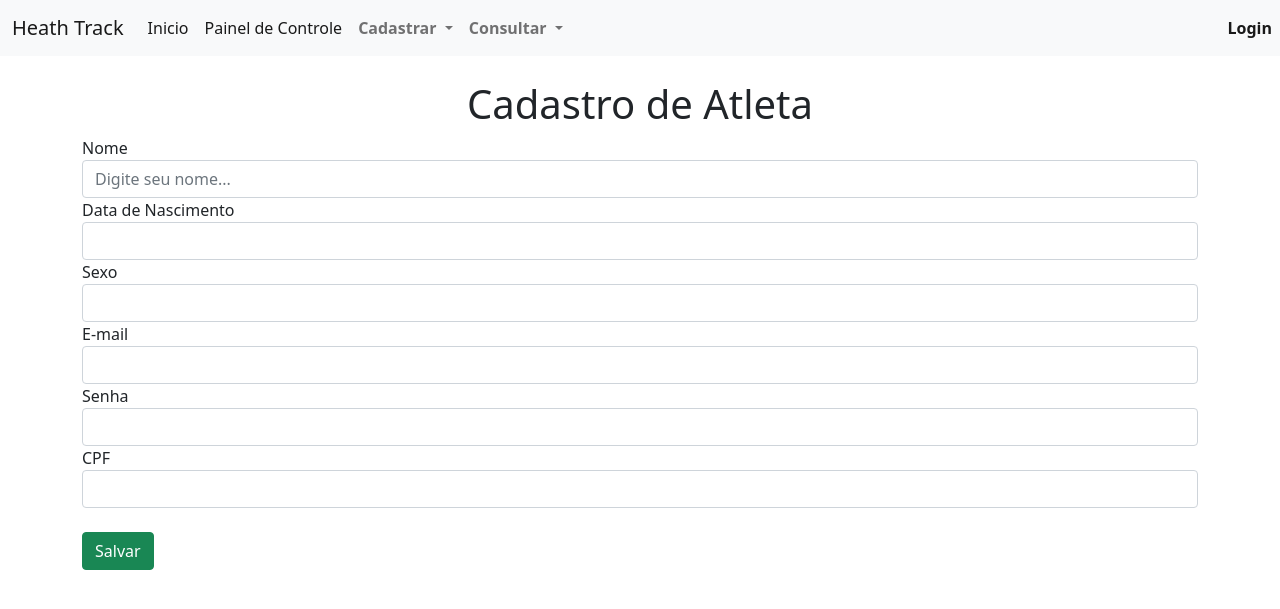
Repository: FellipySantos/HealthTrack_Finalizado
Page: http://localhost/JSPs/cadastro-atleta.jsp
An editor plug-in stored every save of this project. The page is shown before and after the next save, followed by the edit.
The browser window is 1280 px wide. The pictures show the whole page.
The page is served by Tomcat 9.

Above is the page before, as saved 2021-11-22 23:19:09.

After the next save:
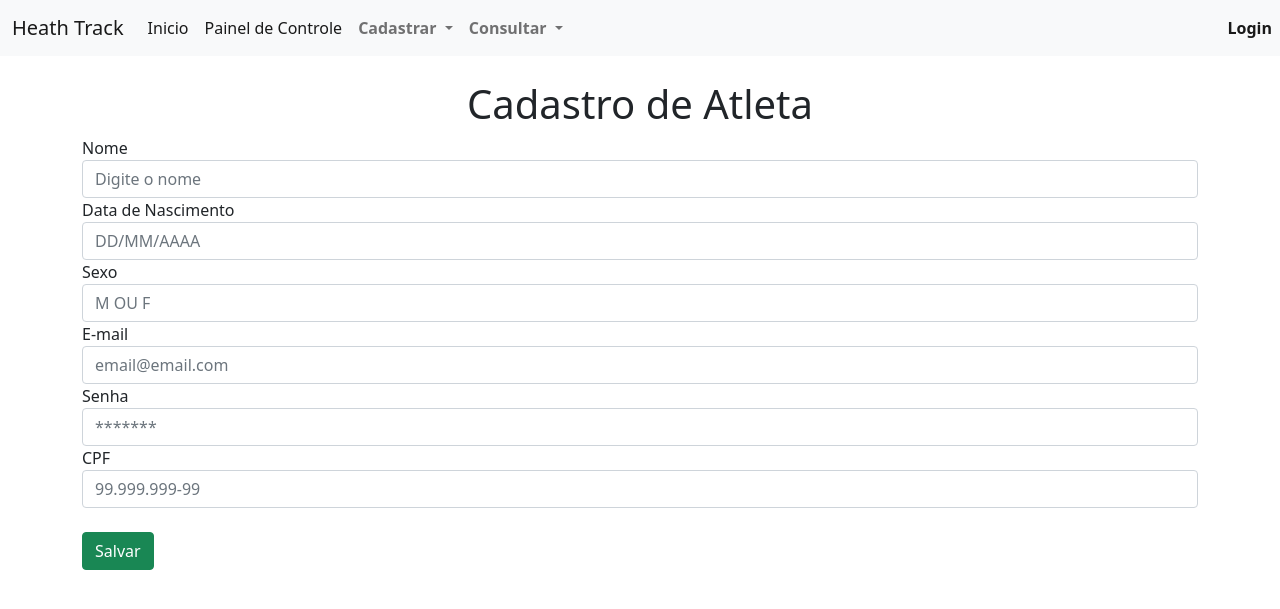
Saved 2 min 6 s later.
--- a/JSP/JSPs/WebContent/cadastro-atleta.jsp
+++ b/JSP/JSPs/WebContent/cadastro-atleta.jsp
@@ -23,27 +23,27 @@
 		<input type="hidden" value="cadastrar" name="acao">
 		<div class="form-group">
 			<label for="id-nome">Nome</label>
-			<input type="text" name="nome" id="id-nome" class="form-control"  placeholder="Digite seu nome...">
+			<input type="text" name="nome" id="id-nome" class="form-control" placeholder="Digite o nome">
 		</div>
 		<div class="form-group">
 			<label for="id-dtNasc">Data de Nascimento</label>
-			<input type="text" name="dtNasc" id="id-dtNasc" class="form-control">
+			<input type="text" name="dtNasc" id="id-dtNasc" class="form-control"  placeholder="DD/MM/AAAA">
 		</div>
 		<div class="form-group">
 			<label for="id-sexo">Sexo</label>
-			<input type="text" name="sexo" id="id-sexo" class="form-control">
+			<input type="text" name="sexo" id="id-sexo" class="form-control"   placeholder="M OU F">
 		</div>
 		<div class="form-group">
 			<label for="id-email">E-mail</label>
-			<input type="text" name="email" id="id-email" class="form-control">
+			<input type="text" name="email" id="id-email" class="form-control"  placeholder="email@email.com">
 		</div>
 		<div class="form-group">
 			<label for="id-senha">Senha</label>
-			<input type="text" name="senha" id="id-senha" class="form-control">
+			<input type="text" name="senha" id="id-senha" class="form-control" placeholder="*******">
 		</div>
 		<div class="form-group">
 			<label for="id-cpf">CPF</label>
-			<input type="text" name="cpf" id="id-cpf" class="form-control">
+			<input type="text" name="cpf" id="id-cpf" class="form-control"  placeholder="99.999.999-99">
 		</div>
 
 		<br>
